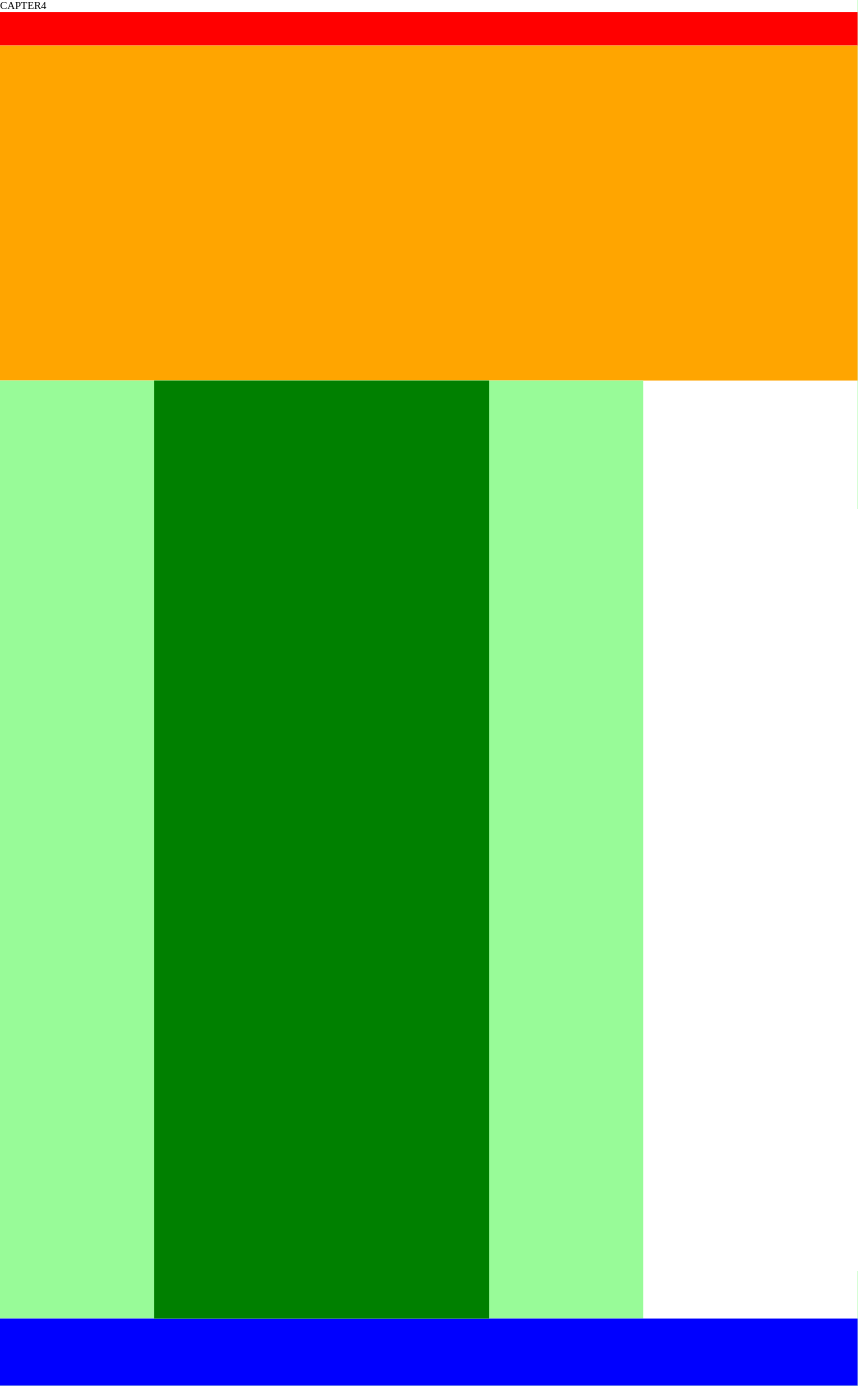
Repository: dsjanainoyo/html
Page: capter4.exercise/capter4.exercize.html
The author's editor kept a record of every edit. The page is drawn from the files as they stood at one moment, then again after the next edit.
The browser window is 1280 px wide. The pictures show the whole page, at 67% of full size.

Above is the page before.

After the next edit:
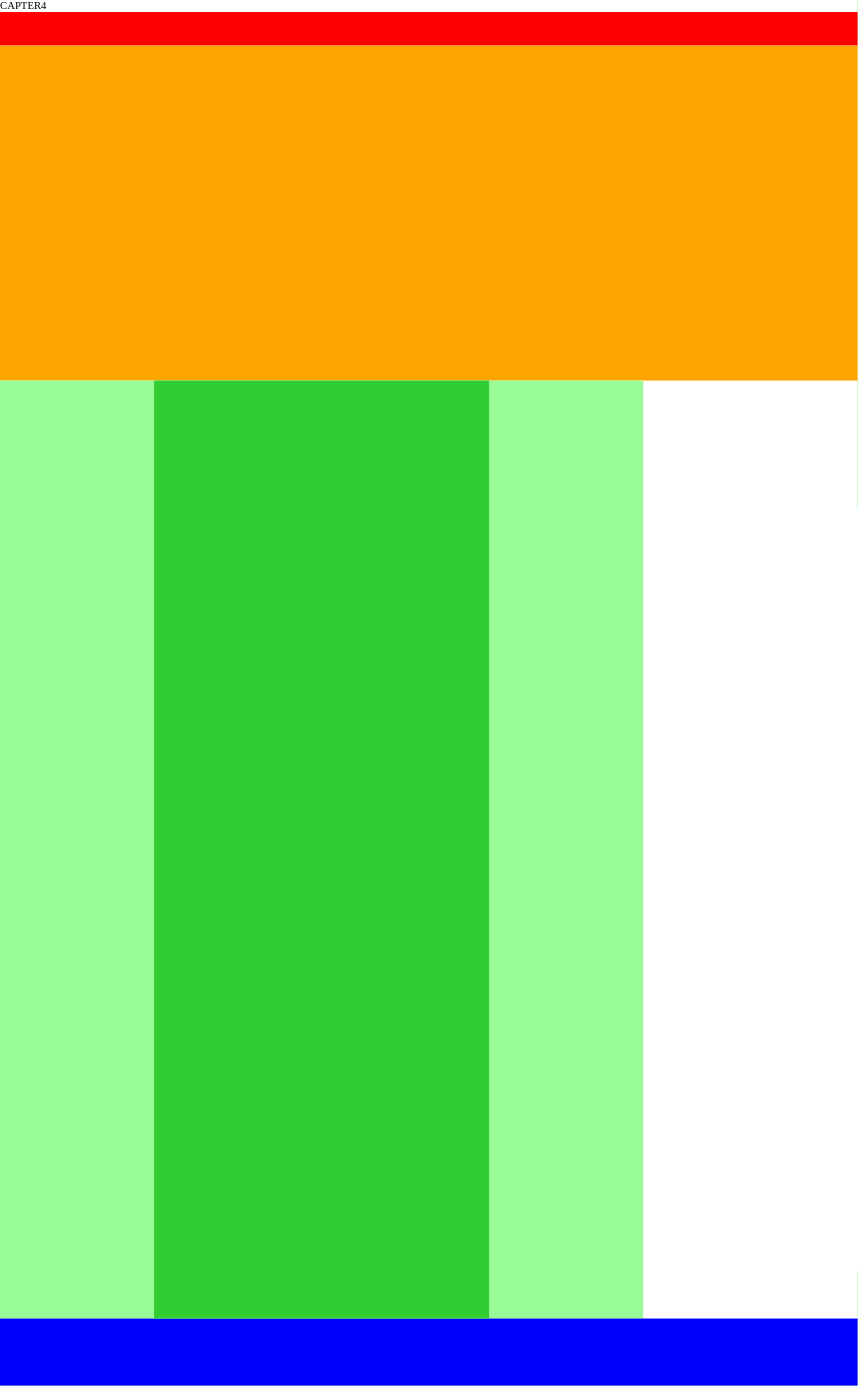
The edit:
--- a/capter4.exercise/capter4.exercise.css
+++ b/capter4.exercise/capter4.exercise.css
@@ -27,7 +27,7 @@
 .sidebar-left{
   width:500px;
   height:1400px;
-  background-color:green;
+  background-color:limegreen;
 }
 
 .sidebar-right{
